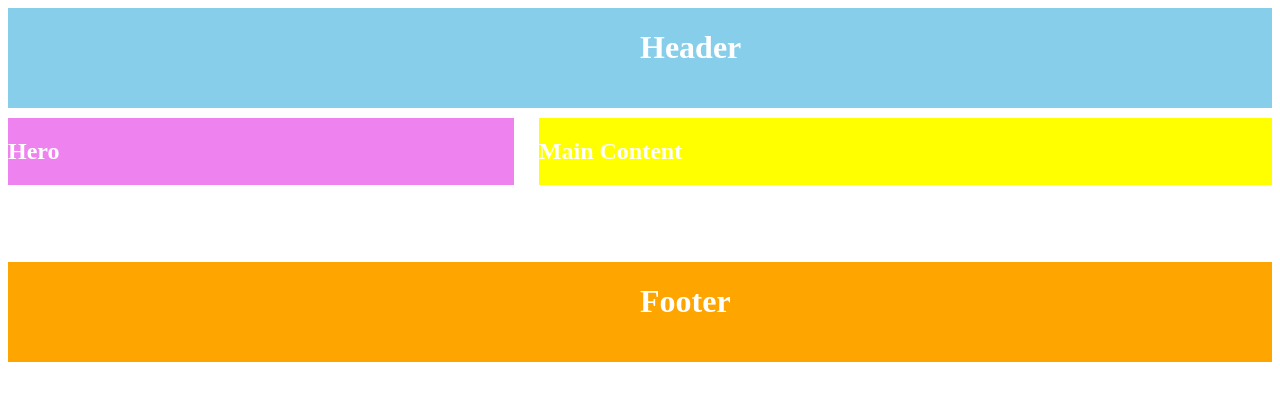
Repository: harshitanthal1/assignments_avisoft
Page: 01-02-2024/assignment_2/index.html
These files come from the project's save history. The page is drawn as it stood at one moment and after the next save; the edit follows.
The browser window is 1280 px wide. The pictures show the whole page.

Above is the page before, as saved 2024-02-01 13:57:59.

After the next save:
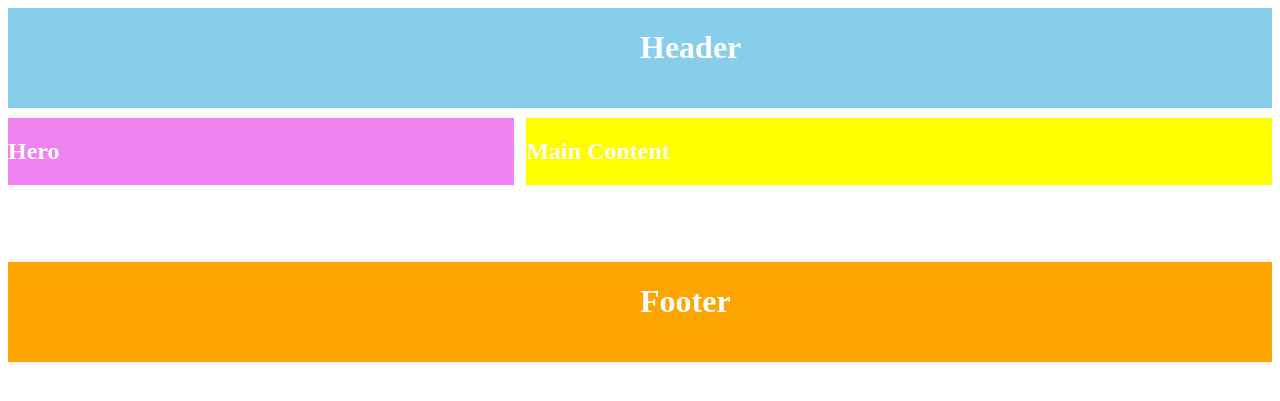
Saved 19 s later.
--- a/01-02-2024/assignment_2/styles/styles.css
+++ b/01-02-2024/assignment_2/styles/styles.css
@@ -17,13 +17,13 @@
 #box1 {
     background-color: violet;
     width: 40%;
-    margin-right: 2%;
+    margin-right: 1%;
 
 }
 
 #box2 {
     background-color: yellow;
-    width: 58%;
+    width: 59%;
 }
 
 #box3 {
